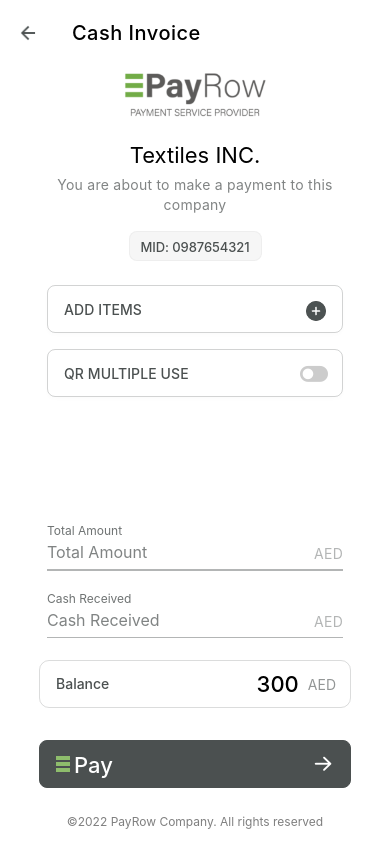
Repository: rishabh-critical-river/payrowios
Screen: /cashPay
The author's editor kept a copy of each file at every save. The screen is drawn from the files as they stood at one save, then again after the next save.
The app was drawn by React Native's web renderer in a window 390 px wide. The project was rebuilt for these pictures with package versions that can differ from the ones it lists, and the page was loaded fresh each time. Also part of the build but not shown: screens/onboarding/CreateAccount.js, screens/home/HomeScreen.tsx, screens/home/HomeComponents/TapToPay.tsx, screens/home/HomeComponents/PaymentSummary.js, screens/home/HomeComponents/AddItem.js, screens/home/HomeComponents/TapCard.tsx, screens/home/HomeComponents/EnterPin.tsx, screens/home/HomeComponents/Confirmation.tsx and 37 more.

Above is the screen before, as saved 2023-07-27 07:43:12.

After the next save:
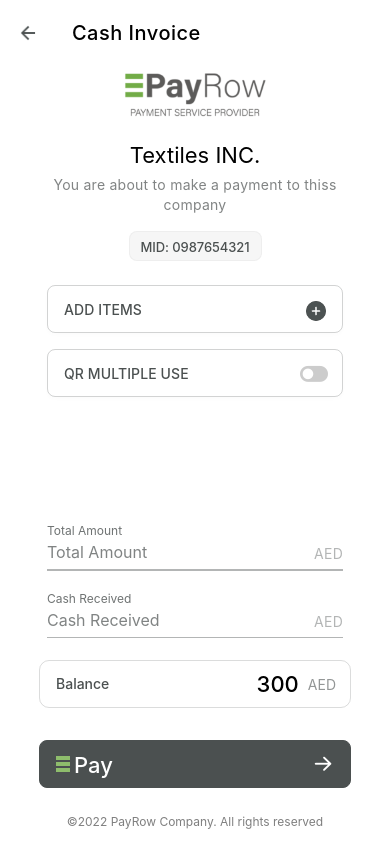
Saved 8 h 51 min later.
--- a/screens/home/HomeComponents/CashPay.tsx
+++ b/screens/home/HomeComponents/CashPay.tsx
@@ -93,7 +93,7 @@
               color: "#4B5050B2",
             }}
           >
-            You are about to make a payment to this
+            You are about to make a payment to thiss
           </Text>
           <Text
             style={{
